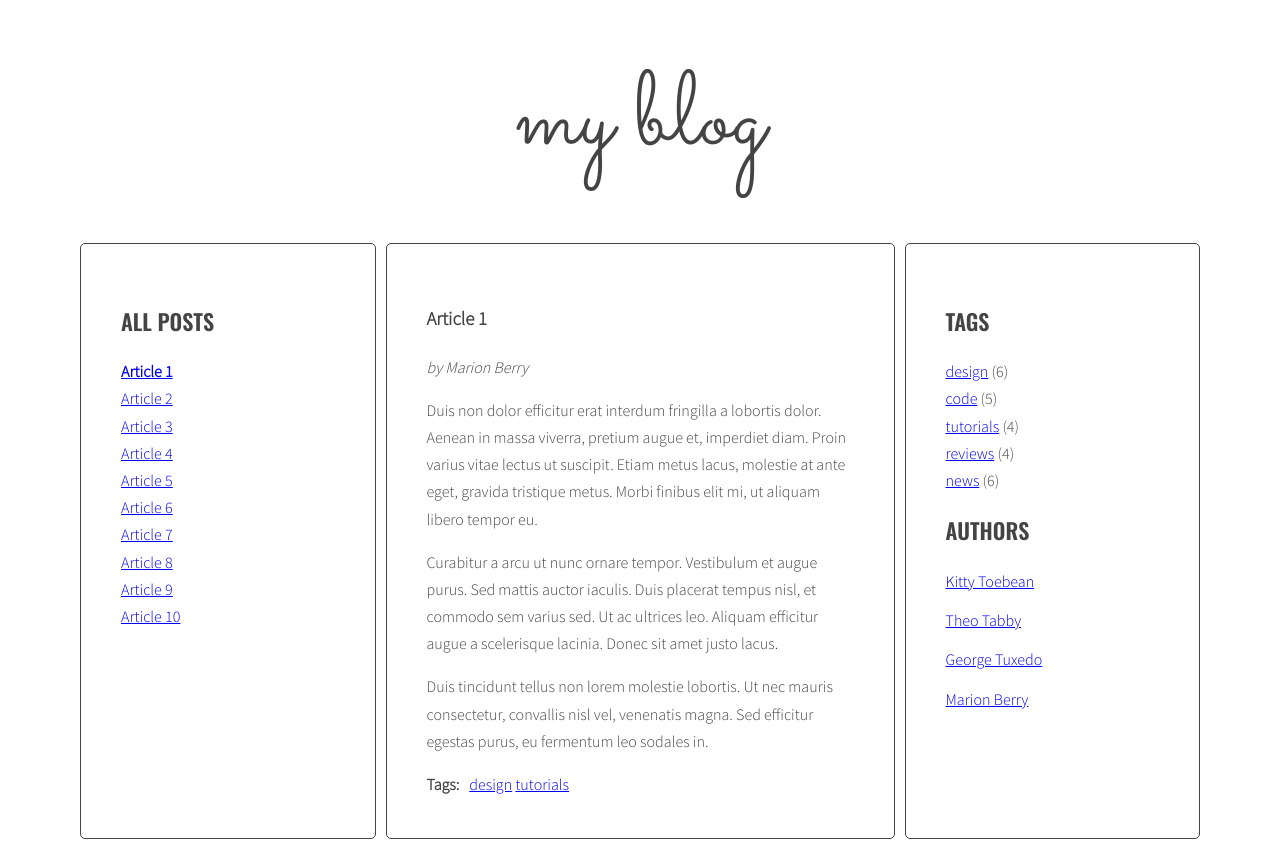
Repository: pcwitcher/javascript-blog
Page: index.html
These files come from the project's save history. The page is drawn as it stood at one moment and after the next save; the edit follows.
The browser window is 1280 px wide. The pictures show the whole page.

Above is the page before, as saved 2019-08-11 21:53:48.

### index.html
<!DOCTYPE html>
<html lang="en">

<head>
    <meta charset="UTF-8">
    <meta name="viewport" content="width=device-width, initial-scale=1.0">
    <meta http-equiv="X-UA-Compatible" content="ie=edge">
    <link rel="stylesheet" href="./css/style.css">
    <title>Document</title>
</head>

<body>
    <div class="blog">
        <div class="container">
            <h1 class="logo">my blog</h1>
            <main class="wrapper">
                <aside class="sidebar">
                    <h2 class="section-title">All posts</h2>
                    <ul class="list titles">
                        <li><a href="#article-1" class="active"><span>Article 1</span></a></li>
                        <li><a href="#article-2"><span>Article 2</span></a></li>
                        <li><a href="#article-3"><span>Article 3</span></a></li>
                        <li><a href="#article-4"><span>Article 4</span></a></li>
                        <li><a href="#article-5"><span>Article 5</span></a></li>
                        <li><a href="#article-6"><span>Article 6</span></a></li>
                        <li><a href="#article-7"><span>Article 7</span></a></li>
                        <li><a href="#article-8"><span>Article 8</span></a></li>
                        <li><a href="#article-9"><span>Article 9</span></a></li>
                        <li><a href="#article-10"><span>Article 10</span></a></li>
                    </ul>
                </aside>
                <section class="posts">
                    <article class="post active" id="article-1">
                        <h3 class="post-title">Article 1</h3>
                        <p class="post-author">by Marion Berry</p>
                        <div class="post-content">
                            <p>Duis non dolor efficitur erat interdum fringilla a lobortis dolor. Aenean in massa
                                viverra, pretium augue et, imperdiet diam. Proin varius vitae lectus ut suscipit. Etiam
                                metus lacus, molestie at ante eget, gravida tristique metus. Morbi finibus elit mi, ut
                                aliquam libero tempor eu.</p>

                            <p>Curabitur a arcu ut nunc ornare tempor. Vestibulum et augue purus. Sed mattis auctor
                                iaculis. Duis placerat tempus nisl, et commodo sem varius sed. Ut ac ultrices leo.
                                Aliquam efficitur augue a scelerisque lacinia. Donec sit amet justo lacus.</p>

                            <p>Duis tincidunt tellus non lorem molestie lobortis. Ut nec mauris consectetur, convallis
                                nisl vel, venenatis magna. Sed efficitur egestas purus, eu fermentum leo sodales in.</p>
                        </div>
                        <div class="post-tags">
                            <p><strong>Tags:</strong></p>
                            <ul class="list list-horizontal">
                                <li><a href="#">design</a></li>
                                <li><a href="#">tutorials</a></li>
                            </ul>
                        </div>
                    </article>
                    <article class="post" id="article-2">
                        <h3 class="post-title">Article 2</h3>
                        <p class="post-author">by Theo Tabby</p>
                        <div class="post-content">
                            <p>Phasellus sollicitudin, arcu vel iaculis ullamcorper, quam leo viverra orci, et faucibus
                                quam sapien vel est. Maecenas ac suscipit elit. Nullam interdum, lorem vitae venenatis
                                pulvinar, ex dui malesuada nunc, tempus cursus enim metus vel nulla.</p>

                            <p>Integer hendrerit, eros id efficitur dapibus, ante arcu ullamcorper orci, a iaculis felis
                                turpis at purus. Quisque sodales posuere sapien vel consectetur. Duis dui urna, commodo
                                non ante nec, mattis dictum enim. Donec aliquam erat sed diam lobortis, vel gravida
                                lacus laoreet. Phasellus pretium maximus mi, eu posuere justo suscipit vel.</p>

                            <p>Nam magna nisl, varius in malesuada vitae, facilisis vel metus. Proin rhoncus euismod leo
                                dictum lobortis. Suspendisse non ante sapien.</p>
                        </div>
                        <div class="post-tags">
                            <p><strong>Tags:</strong></p>
                            <ul class="list list-horizontal">
                                <li><a href="#">news</a></li>
                                <li><a href="#">code</a></li>
                            </ul>
                        </div>
                    </article>
                    <article class="post" id="article-3">
                        <h3 class="post-title">Article 3</h3>
                        <p class="post-author">by George Tuxedo</p>
                        <div class="post-content">
                            <p>Mauris vel pellentesque turpis, ac sodales nisl. Quisque iaculis mi velit, ut convallis
                                tellus accumsan a. Quisque iaculis, nisi et dignissim tincidunt, nisl eros euismod
                                nulla, finibus laoreet erat enim posuere elit.</p>

                            <p>Aenean at semper urna. Duis vel sapien molestie, egestas diam consequat, molestie nulla.
                                Praesent a malesuada metus. Praesent et tempus leo.</p>
                            <p>Mauris in eleifend neque, vitae eleifend velit. Maecenas purus est, bibendum eget
                                imperdiet id, dictum sed ante. Aenean a magna et eros sagittis aliquet.</p>
                        </div>
                        <div class="post-tags">
                            <p><strong>Tags:</strong></p>
                            <ul class="list list-horizontal">
                                <li><a href="#">news</a></li>
                                <li><a href="#">reviews</a></li>
                                <li><a href="#">design</a></li>
                            </ul>
                        </div>
                    </article>
                    <article class="post" id="article-4">
                        <h3 class="post-title">Article 4</h3>
                        <p class="post-author">by Kitty Toebean</p>
                        <div class="post-content">
                            <p>Morbi vel cursus nulla, vel varius mauris. Suspendisse sed elit sit amet risus faucibus
                                vestibulum ut sit amet purus. Donec orci est, condimentum ut quam quis, scelerisque
                                fringilla ligula.</p>

                            <p>Quisque bibendum nisl id quam sagittis, id pretium dolor scelerisque. Suspendisse non
                                odio nec velit dapibus placerat non a libero.</p>

                            <p>Vivamus at tristique ex, feugiat sagittis ex. Cras cursus, ipsum et efficitur commodo,
                                urna sapien rutrum magna, quis sodales justo ligula eget nunc. In hac habitasse platea
                                dictumst.</p>
                        </div>
                        <div class="post-tags">
                            <p><strong>Tags:</strong></p>
                            <ul class="list list-horizontal">
                                <li><a href="#">tutorials</a></li>
                                <li><a href="#">code</a></li>
                                <li><a href="#">design</a></li>
                            </ul>
                        </div>
                    </article>
                    <article class="post" id="article-5">
                        <h3 class="post-title">Article 5</h3>
                        <p class="post-author">by Marion Berry</p>
                        <div class="post-content">
                            <p>Suspendisse sem eros, euismod condimentum arcu ac, consequat fermentum orci. Nam
                                convallis lacus nec interdum vestibulum. Vestibulum luctus, quam eu tristique ornare,
                                lorem nibh sodales enim, vitae tempor dolor ante vitae tortor.</p>

                            <p>Duis venenatis metus quis luctus lobortis. In porttitor ipsum eget ligula aliquam ornare.
                                Cras malesuada urna id volutpat sodales.</p>

                            <p>Donec lobortis ultricies turpis, eu viverra magna gravida quis. Fusce sit amet pretium
                                nulla. Duis rutrum metus vel libero sodales, pellentesque varius ex pulvinar.</p>
                        </div>
                        <div class="post-tags">
                            <p><strong>Tags:</strong></p>
                            <ul class="list list-horizontal">
                                <li><a href="#">design</a></li>
                                <li><a href="#">reviews</a></li>
                            </ul>
                        </div>
                    </article>
                    <article class="post" id="article-6">
                        <h3 class="post-title">Article 6</h3>
                        <p class="post-author">by George Tuxedo</p>
                        <div class="post-content">
                            <p>Donec posuere iaculis ante sed hendrerit. Lorem ipsum dolor sit amet, consectetur
                                adipiscing elit. Quisque hendrerit neque nec urna tincidunt, quis vehicula dui
                                vulputate. Morbi est sapien, auctor ut lectus eu, placerat viverra lorem.</p>

                            <p>Cras consectetur at erat id accumsan. Suspendisse lacinia in nulla quis vulputate. Nunc
                                vitae consectetur augue. Nam ut vehicula mi. Aliquam tristique, purus in hendrerit
                                porta, elit lectus finibus mi, vel malesuada nisl lectus a libero.</p>

                            <p>Nam quis efficitur ante. Sed eget purus quis ex commodo porta eu sit amet dolor. Mauris
                                tellus nisl, dictum nec est vitae, condimentum ornare ante. Fusce ornare hendrerit
                                maximus. In maximus rhoncus justo.</p>
                        </div>
                        <div class="post-tags">
                            <p><strong>Tags:</strong></p>
                            <ul class="list list-horizontal">
                                <li><a href="#">reviews</a></li>
                                <li><a href="#">code</a></li>
                            </ul>
                        </div>
                    </article>
                    <article class="post" id="article-7">
                        <h3 class="post-title">Article 7</h3>
                        <p class="post-author">by Kitty Toebean</p>
                        <div class="post-content">
                            <p>Donec eleifend mauris ac nisl fermentum, ac fermentum turpis dignissim. Aliquam diam
                                nisl, imperdiet a varius eget, lobortis sed nisi. Nullam suscipit ipsum sed magna
                                blandit, sed pellentesque urna malesuada.</p>

                            <p>Duis vestibulum arcu et lectus viverra porta. Praesent tempor lacus eget quam mattis, sit
                                amet venenatis diam ultrices. Morbi gravida sapien quis ligula tincidunt, vel sagittis
                                erat ultrices.</p>

                            <p>Ut orci tellus, laoreet ac diam ut, tempus bibendum nisi. Nam egestas sagittis nibh.
                                Curabitur tristique dui quis egestas pretium. Duis eu felis orci.</p>
                        </div>
                        <div class="post-tags">
                            <p><strong>Tags:</strong></p>
                            <ul class="list list-horizontal">
                                <li><a href="#">code</a></li>
                                <li><a href="#">news</a></li>
                            </ul>
                        </div>
                    </article>
                    <article class="post" id="article-8">
                        <h3 class="post-title">Article 8</h3>
                        <p class="post-author">by Theo Tabby</p>
                        <div class="post-content">
                            <p>Praesent quis imperdiet erat. Curabitur tempor sapien a interdum malesuada. Proin libero
                                erat, sagittis a sollicitudin eget, pulvinar nec risus. Cras et suscipit sem.</p>

                            <p>Maecenas consequat diam nec sollicitudin congue. Aenean porttitor porttitor quam,
                                condimentum interdum metus congue sed. Donec at nulla ipsum.</p>

                            <p>Mauris non congue dui. Aenean ac eros vitae massa vulputate aliquet ut ac elit. Morbi
                                iaculis auctor nunc aliquet luctus. Nunc tincidunt sem dui, quis interdum leo
                                pellentesque eget. Fusce id leo varius, imperdiet nunc vitae, tristique mi. Mauris quis
                                interdum justo. Mauris auctor purus eu leo faucibus feugiat. Nulla at odio vitae leo
                                semper blandit.</p>
                        </div>
                        <div class="post-tags">
                            <p><strong>Tags:</strong></p>
                            <ul class="list list-horizontal">
                                <li><a href="#">news</a></li>
                                <li><a href="#">design</a></li>
                                <li><a href="#">tutorials</a></li>
                            </ul>
                        </div>
                    </article>
                    <article class="post" id="article-9">
                        <h3 class="post-title">Article 9</h3>
                        <p class="post-author">by Marion Berry</p>
                        <div class="post-content">
                            <p>Tam et facilisis purus. Donec vulputate est quis lobortis posuere. Nunc vitae lorem ut
                                odio faucibus pulvinar nec in justo. Ut ut ante ac tellus ornare tempus. Nunc maximus,
                                tortor et dictum convallis, nunc libero posuere leo, scelerisque ultrices arcu sapien ut
                                tellus.</p>

                            <p>Fusce lacinia augue massa, non tincidunt tortor auctor quis. Vestibulum ut pretium nisl.
                                Etiam id tellus tempus, commodo ligula vehicula, porta magna.</p>

                            <p>Donec fringilla blandit dolor vel aliquet. Fusce tortor sapien, lobortis eu vehicula sit
                                amet, dignissim et lectus. In ullamcorper metus vel massa fermentum, at fermentum dui
                                sollicitudin. Nullam lacinia elit vel tortor ullamcorper pulvinar.</p>
                        </div>
                        <div class="post-tags">
                            <p><strong>Tags:</strong></p>
                            <ul class="list list-horizontal">
                                <li><a href="#">news</a></li>
                                <li><a href="#">tutorials</a></li>
                            </ul>
                        </div>
                    </article>
                    <article class="post" id="article-10">
                        <h3 class="post-title">Article 10</h3>
                        <p class="post-author">by George Tuxedo</p>
                        <div class="post-content">
                            <p>Aliquam erat volutpat. Ut non eleifend lectus. Donec suscipit tellus tempor, ornare dui
                                id, hendrerit neque. Phasellus lacinia laoreet dui in luctus. Sed hendrerit, magna sit
                                amet varius tempor, augue augue scelerisque est, non scelerisque mauris libero eu
                                sapien.</p>

                            <p>Sed at sapien in quam sollicitudin aliquam. In interdum metus a mi porttitor luctus. Sed
                                commodo, arcu id lacinia posuere, felis elit pharetra urna, at feugiat est orci sit amet
                                libero. Quisque in nisl est. Nullam vehicula at lectus non luctus. Cras aliquam neque
                                magna, at varius nisi egestas ut.</p>

                            <p>Rhoncus purus nulla, non auctor lacus placerat ut. Aliquam condimentum eget magna ac
                                gravida. Etiam egestas faucibus urna et finibus. Cras vel tellus vel magna suscipit
                                euismod. Maecenas id arcu ante. Duis iaculis scelerisque erat, at ullamcorper arcu
                                consectetur eu. Fusce aliquam diam at arcu pharetra, vel fermentum nunc lobortis.</p>
                        </div>
                        <div class="post-tags">
                            <p><strong>Tags:</strong></p>
                            <ul class="list list-horizontal">
                                <li><a href="#">code</a></li>
                                <li><a href="#">design</a></li>
                                <li><a href="#">news</a></li>
                                <li><a href="#">reviews</a></li>
                            </ul>
                        </div>
                    </article>
                </section>
                <aside class="sidebar">
                    <h2 class="section-title">Tags</h2>
                    <ul class="list tags">
                        <li><a href="#">design</a> <span>(6)</span></li>
                        <li><a href="#">code</a> <span>(5)</span></li>
                        <li><a href="#">tutorials</a> <span>(4)</span></li>
                        <li><a href="#">reviews</a> <span>(4)</span></li>
                        <li><a href="#">news</a> <span>(6)</span></li>
                    </ul>
                    <h2 class="section-title">Authors</h2>
                    <ul class="list authors">
                        <li>
                            <a href="#">
                                <span class="author-name">Kitty Toebean</span>
                            </a>
                        </li>
                        <li>
                            <a href="#">
                                <span class="author-name">Theo Tabby</span>
                            </a>
                        </li>
                        <li>
                            <a href="#">
                                <span class="author-name">George Tuxedo</span>
                            </a>
                        </li>
                        <li>
                            <a href="#">
                                <span class="author-name">Marion Berry</span>
                            </a>
                        </li>
                    </ul>
                </aside>
            </main>
        </div>
    </div>
    <script src="./js/script.js"></script>
</body>

</html>

### css/style.css
@import url("https://fonts.googleapis.com/css?family=Oswald:400,600|Sacramento|Source+Sans+Pro:300&subset=latin-ext");
/* Variables */
/* Global */
*,
*::before,
*::after {
  box-sizing: border-box;
}

body {
  background: #fff;
  font-family: "Source Sans Pro", sans-serif;
  color: #444;
  font-weight: 300;
  font-size: 16px;
  line-height: 1.7;
}

.container {
  max-width: 1140px;
  margin: 0 auto;
}

.section-title {
  font-size: 22px;
  text-transform: uppercase;
  font-family: "Oswald", sans-serif;
  font-weight: 600;
}

.section-title span {
  text-transform: none;
  font-weight: 400;
  color: #777777;
}

/* Layout */
.wrapper {
  display: -ms-flexbox;
  display: flex;
  margin-left: 10px;
}

.sidebar {
  -ms-flex: 1 0 0px;
      flex: 1 0 0;
}

.posts {
  -ms-flex: 2 0 0px;
      flex: 2 0 0;
}

.sidebar,
.posts {
  background: #fff;
  margin-right: 10px;
  padding: 40px;
  border: 1px solid #444;
  border-radius: 5px;
}

/* Logo */
.logo {
  font-family: "Sacramento", cursive;
  font-weight: 400;
  font-size: 104px;
  line-height: 1;
  text-align: center;
}

/* Lists */
.list {
  list-style-type: none;
  margin: 0;
  padding: 0;
}

.list .active {
  font-weight: bold;
}

.list-horizontal li {
  display: inline-block;
}

/* Authors */
.authors li {
  margin-bottom: 12px;
}

/* Post */
.post {
  display: none;
}

.post.active {
  display: block;
}

.post-author {
  font-style: italic;
}

.post-tags {
  display: -ms-flexbox;
  display: flex;
}

.post-tags p {
  margin: 0 10px 0 0;
}
/*# sourceMappingURL=style.css.map */

Loaded but not shown: js/script.js (common file)

After the next save:
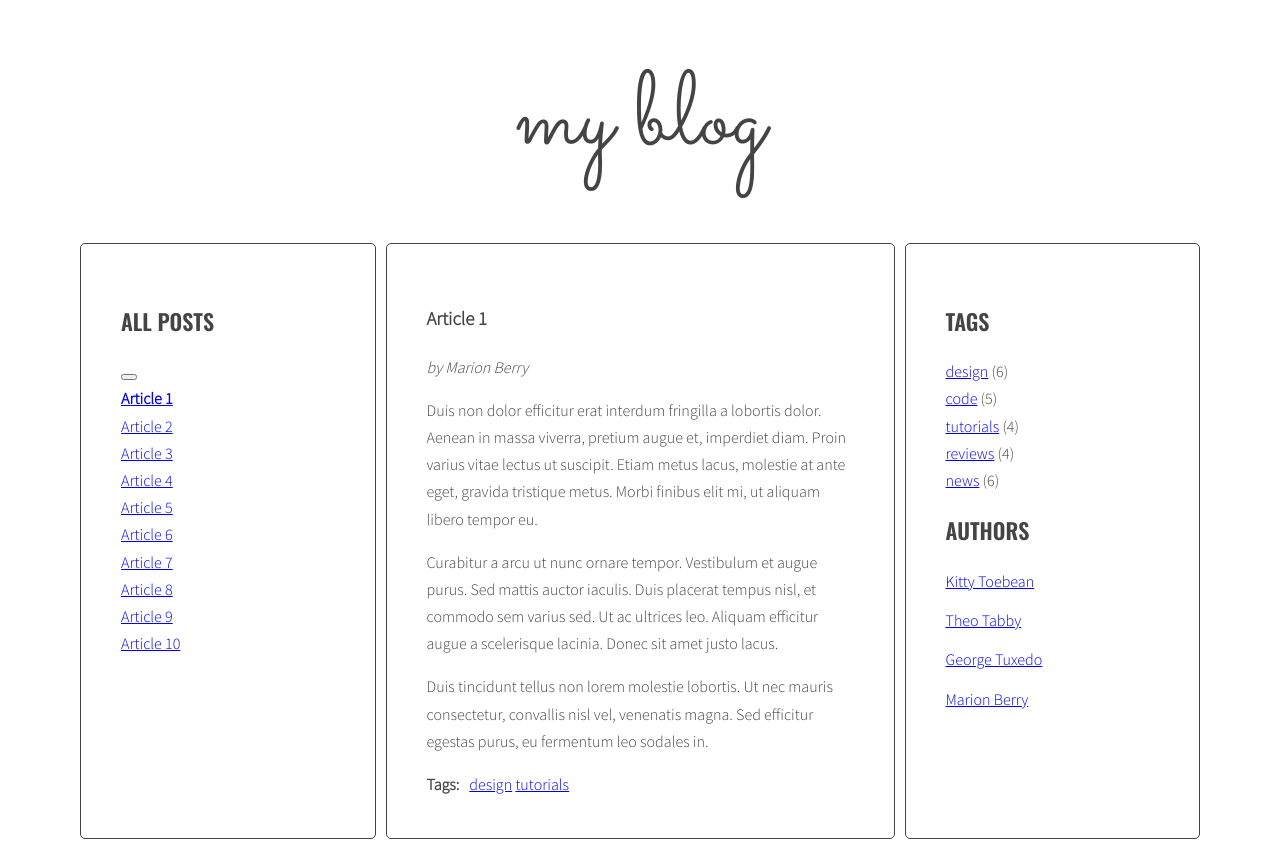
Saved 6 min 33 s later.
--- a/index.html
+++ b/index.html
@@ -16,6 +16,7 @@
             <main class="wrapper">
                 <aside class="sidebar">
                     <h2 class="section-title">All posts</h2>
+                    <button id="test-button"></button>
                     <ul class="list titles">
                         <li><a href="#article-1" class="active"><span>Article 1</span></a></li>
                         <li><a href="#article-2"><span>Article 2</span></a></li>
